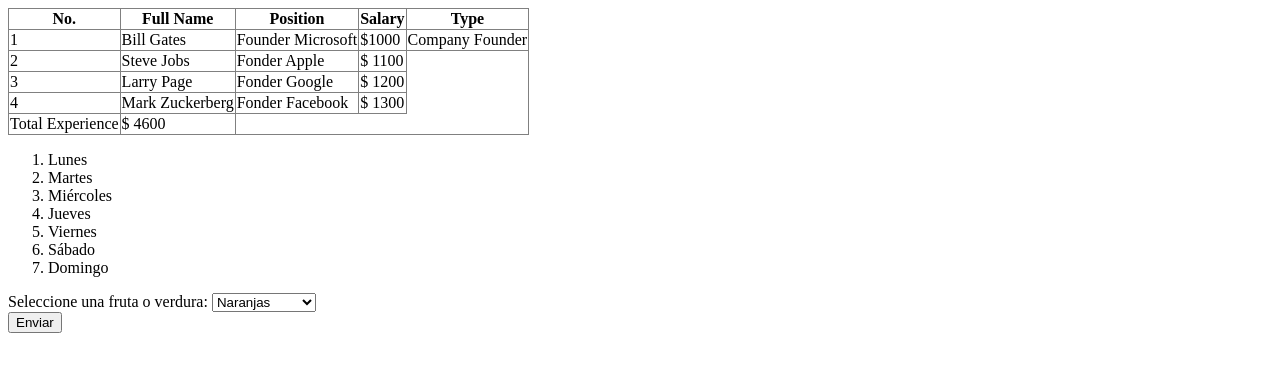
Repository: ScoggoDev/DesarrolloWeb
Page: tarea en equipo 1/tep1.html
The author's editor kept a copy of each file at every save. The page is drawn from the files as they stood at one save, then again after the next save.
The browser window is 1280 px wide. The pictures show the whole page.

Above is the page before, as saved 2021-07-07 19:03:58.

After the next save:
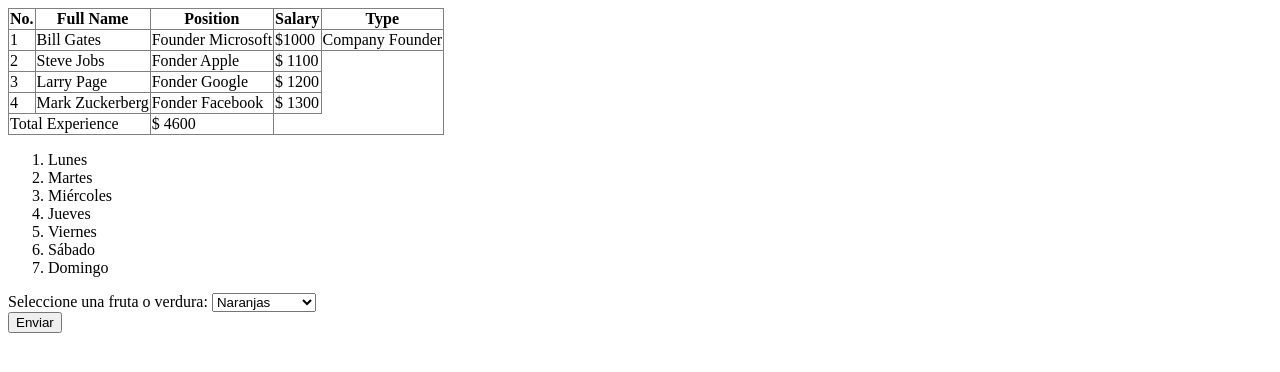
Saved 55 s later.
--- a/tarea en equipo 1/tep1.html
+++ b/tarea en equipo 1/tep1.html
@@ -43,7 +43,7 @@
                     <td>$ 1300</td>
                 </tr>
                 <tr>
-                    <td rowspan="2">Total Experience</td>
+                    <td colspan="2">Total Experience</td>
                     <td>$ 4600</td>
                 </tr>
         </table>
